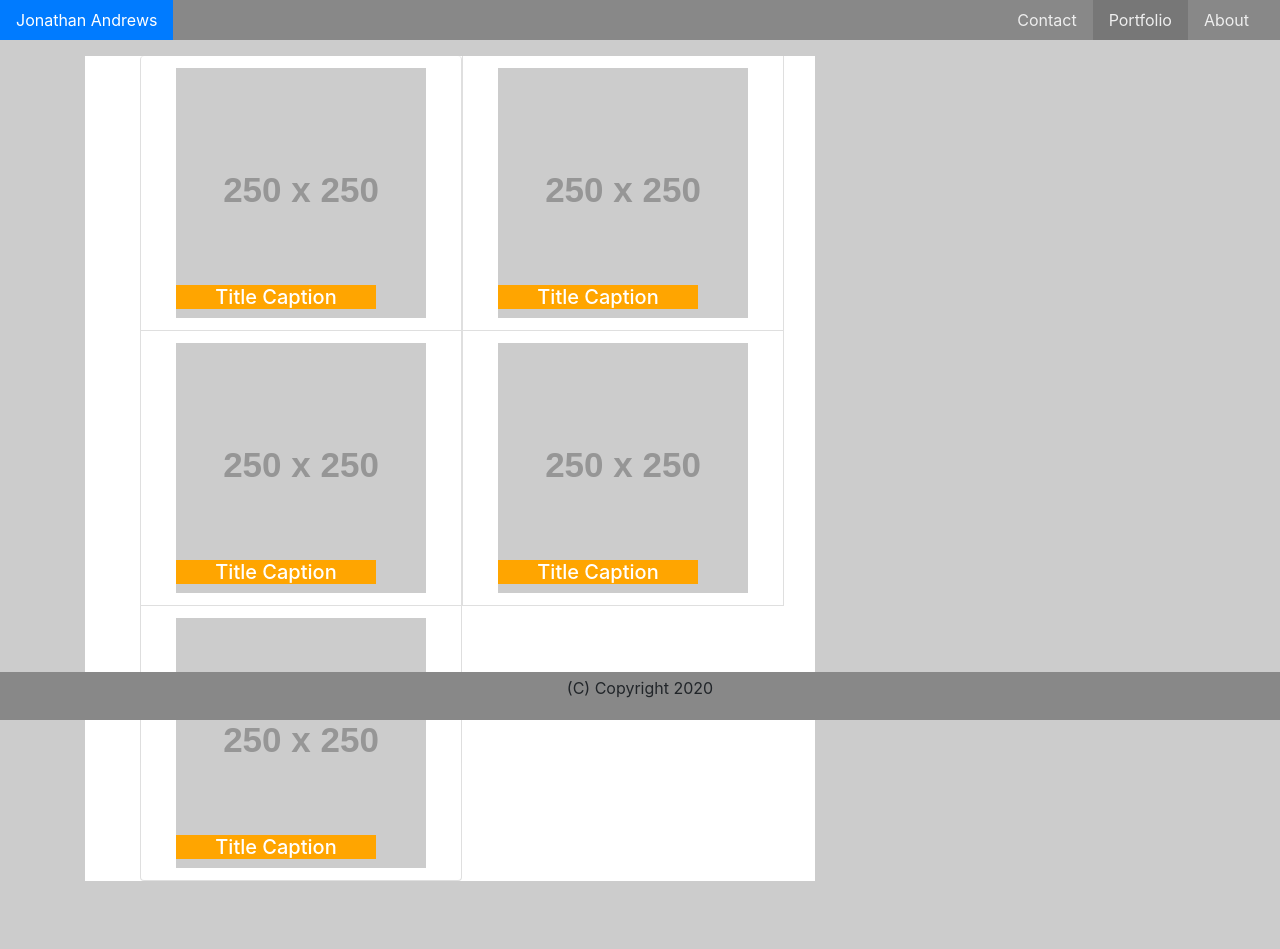
Repository: ionathas78/ionathas78.github.io
Page: portfolio.html
The author's editor kept a copy of each file at every save. The page is drawn from the files as they stood at one save, then again after the next save.
The browser window is 1280 px wide. The pictures show the whole page.

Above is the page before, as saved 2020-03-17 19:59:31.

After the next save:
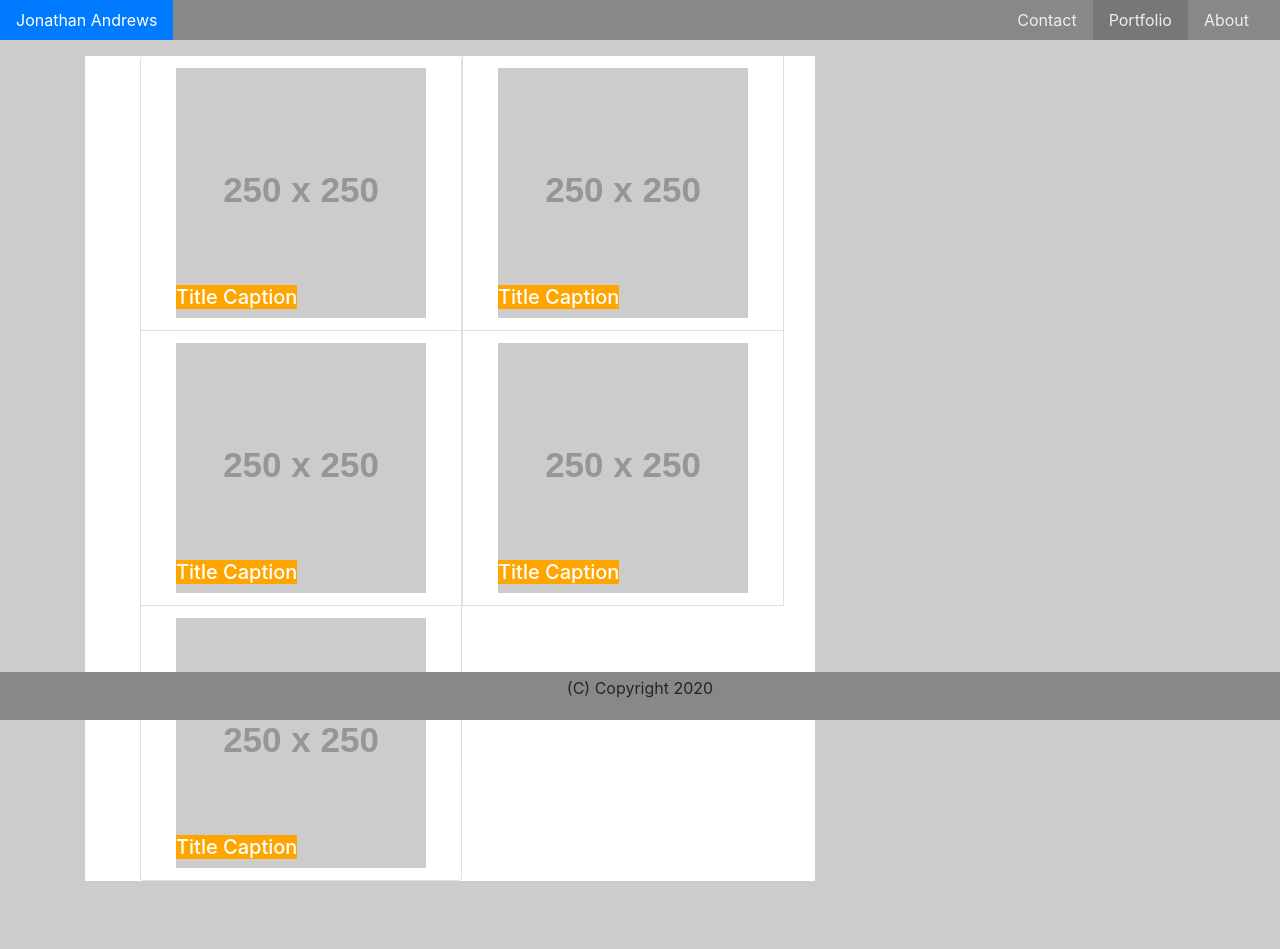
Saved 9 min 55 s later.
--- a/portfolio.html
+++ b/portfolio.html
@@ -86,31 +86,31 @@
                         <li class="list-group-item float-left">
                             <div class="container">
                                 <a style="position: relative;" href="" target="_blank"><img src="https://via.placeholder.com/250" alt="Placeholder Item Image"/></a>
-                                <h5 style="position: absolute; background-color: orange; color: white; bottom: 1vw; width: 200px; text-align: center;">Title Caption</h5>
+                                <h5 style="position: absolute; background-color: orange; color: white; bottom: 1vw; text-align: center;">Title Caption</h5>
                             </div>
                         </li>
                         <li class="list-group-item float-left">
                             <div class="container">
                                 <a style="position: relative;" href="" target="_blank"><img src="https://via.placeholder.com/250" alt="Placeholder Item Image"/></a>
-                                <h5 style="position: absolute; background-color: orange; color: white; bottom: 1vw; width: 200px; text-align: center;">Title Caption</h5>
+                                <h5 style="position: absolute; background-color: orange; color: white; bottom: 1vw; text-align: center;">Title Caption</h5>
                             </div>
                         </li>
                         <li class="list-group-item float-left">
                             <div class="container">
                                 <a style="position: relative;" href="" target="_blank"><img src="https://via.placeholder.com/250" alt="Placeholder Item Image"/></a>
-                                <h5 style="position: absolute; background-color: orange; color: white; bottom: 1vw; width: 200px; text-align: center;">Title Caption</h5>
+                                <h5 style="position: absolute; background-color: orange; color: white; bottom: 1vw; text-align: center;">Title Caption</h5>
                             </div>
                         </li>
                         <li class="list-group-item float-left">
                             <div class="container">
                                 <a style="position: relative;" href="" target="_blank"><img src="https://via.placeholder.com/250" alt="Placeholder Item Image"/></a>
-                                <h5 style="position: absolute; background-color: orange; color: white; bottom: 1vw; width: 200px; text-align: center;">Title Caption</h5>
+                                <h5 style="position: absolute; background-color: orange; color: white; bottom: 1vw; text-align: center;">Title Caption</h5>
                             </div>
                         </li>
                         <li class="list-group-item float-left">
                             <div class="container">
                                 <a style="position: relative;" href="" target="_blank"><img src="https://via.placeholder.com/250" alt="Placeholder Item Image"/></a>
-                                <h5 style="position: absolute; background-color: orange; color: white; bottom: 1vw; width: 200px; text-align: center;">Title Caption</h5>
+                                <h5 style="position: absolute; background-color: orange; color: white; bottom: 1vw; text-align: center;">Title Caption</h5>
                             </div>
                         </li>
                       </ul>
